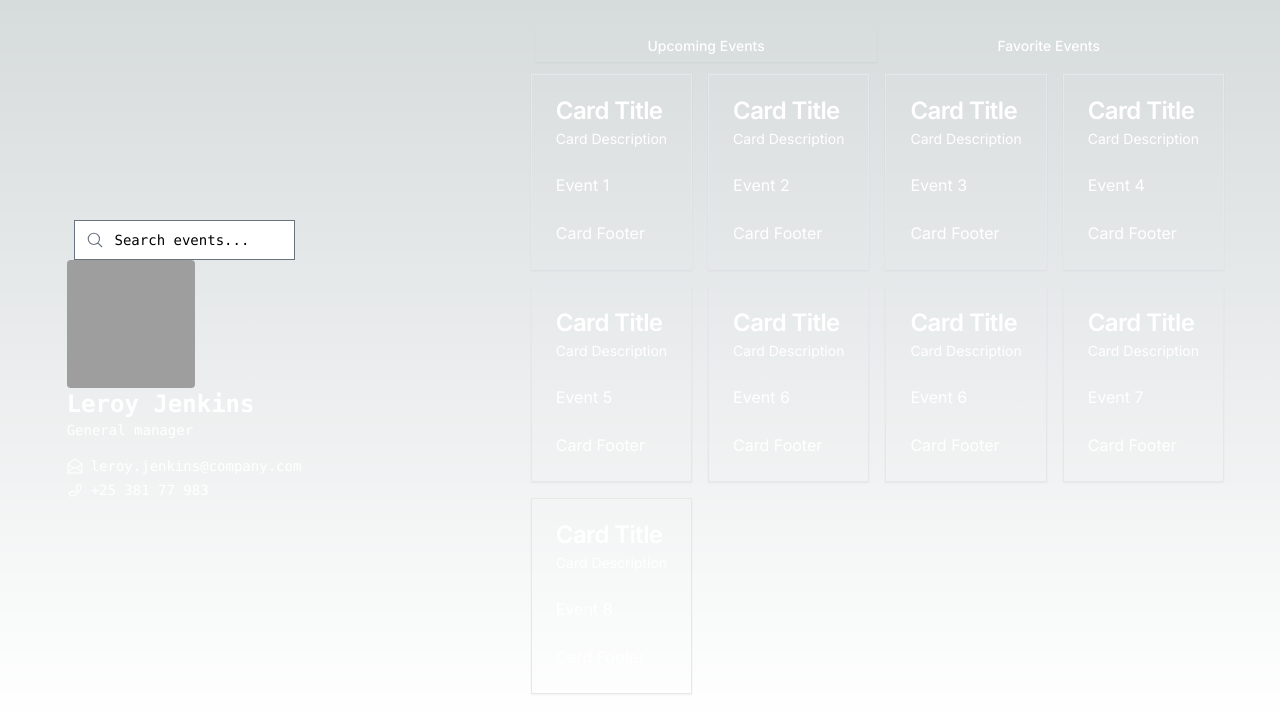
Repository: loktioncode/events-app
Page: /
The author's editor kept a copy of each file at every save. The page is drawn from the files as they stood at one save, then again after the next save.
The browser window is 1280 px wide. The pictures show the whole page.
Pictures or frames that could not be fetched are drawn as grey boxes. The project was rebuilt for these pictures with package versions that can differ from the ones it lists, and the page was loaded fresh each time. The framework's server and built-in components were replaced by stand-ins that run in the browser. Also part of the build but not shown: next.config.js, components/favouriteEvents.tsx.

Above is the page before, as saved 2023-11-30 20:27:51.

After the next save:
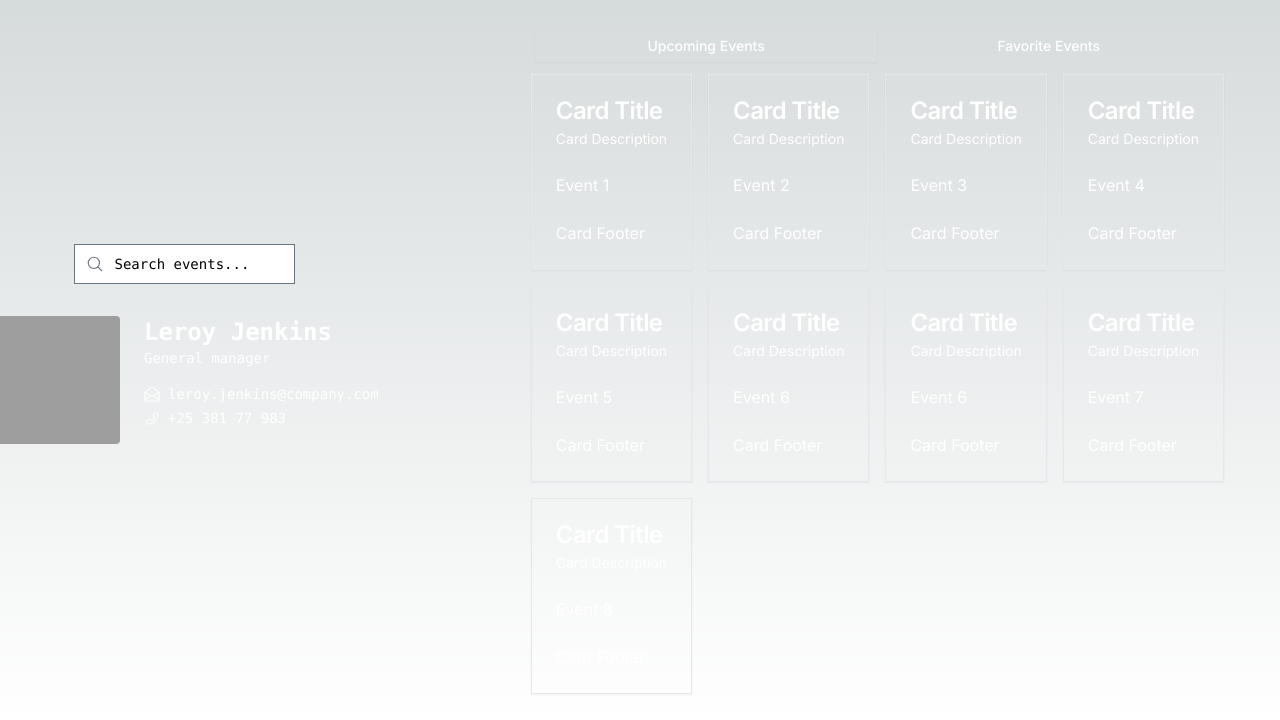
Saved 5 s later.
--- a/app/page.tsx
+++ b/app/page.tsx
@@ -24,7 +24,7 @@ export default function Home(
 
       <div className="z-10 items-center justify-between font-mono text-sm lg:flex w-3/12 flex flex-col">
         <Search placeholder="Search events..." />
-        <div className="">
+        <div className="max-w-md p-8 sm:flex sm:space-x-6 dark:bg-gray-900 dark:text-gray-100">
           <div className="flex-shrink-0 w-full mb-6 h-44 sm:h-32 sm:w-32 sm:mb-0">
             <img src="https://source.unsplash.com/100x100/?portrait?1" alt="" className="object-cover object-center w-full h-full rounded dark:bg-gray-500" />
           </div>
